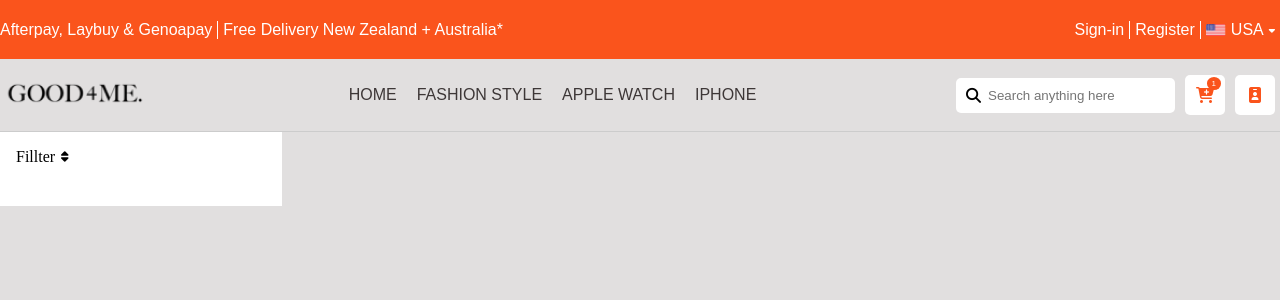
Repository: Ngoc28/Shoppe-web
Page: html/category.html
These files come from the project's save history. The page is drawn as it stood at one moment and after the next save; the edit follows.
The browser window is 1280 px wide. The pictures show the whole page.
Some web fonts or font styles are not loaded; a fallback is used.

Above is the page before, as saved 2023-08-08 11:42:50.

### html/category.html
<!DOCTYPE html>
<html lang="en">
<head>
    <meta charset="UTF-8">
    <meta name="viewport" content="width=device-width, initial-scale=1.0">
    <title>Category</title>
    <link rel="stylesheet" href="../accest/css/base.css">
    <link rel="stylesheet" href="/accest/css/category.css">
    <link rel="stylesheet" href="https://cdnjs.cloudflare.com/ajax/libs/font-awesome/6.4.2/css/all.min.css"
        integrity="sha512-z3gLpd7yknf1YoNbCzqRKc4qyor8gaKU1qmn+CShxbuBusANI9QpRohGBreCFkKxLhei6S9CQXFEbbKuqLg0DA=="
        crossorigin="anonymous" referrerpolicy="no-referrer" />
</head>
<body>
    <header>
        <div class="header-top">
            <div class="header-info wide">
                <div class="header-info-dis">
                    <p class="header-info-country">Afterpay, Laybuy & Genoapay</p>
                    <div class="boder-r"></div>
                    <p class="header-info-country">Free Delivery New Zealand + Australia*</p>
                </div>
                <div class="header-info-user">
                    <div class="header-authen">
                        <p class="btn-sign">Sign-in</p>
                        <div class="boder-r"></div>
                        <p class="btn-register">Register</p>
                        <div class="boder-r"></div>
                    </div>
                    <div class="header-contry">
                        <img src="../accest/image/co.png" alt="" width="20px" , height="12px">
                        <p class="btn-country">
                            USA
                            <i class="fa-solid fa-caret-down"></i>
                        </p>
                    </div>
                </div>
            </div>
        </div>
        <div class="header-bot">
            <div class="header-nav wide">
                <div class="header-logo">
                    <img src="../accest/image/Logo_-_Good4Me_140x 1.png" alt="">
                </div>
                <div class="header-navbar">
                    <ul class="nav-link">
                        <li class="nav-item"><a href="/index.html">Home</a></li>
                        <li class="nav-item"><a href="">Fashion style</a></li>
                        <li class="nav-item"><a href="#">Apple watch</a></li>
                        <li class="nav-item"><a href="">Iphone</a></li>
                    </ul>
                </div>
                <div class="header-choose">
                    <label for="search" class="header-search">
                        <i class="fa-solid fa-magnifying-glass"></i>
                        <input type="text" placeholder="Search anything here" id="search">
                    </label>
                    <div class="header-cart">
                        <i class="fa-solid fa-cart-plus"></i>

                        <div class="cart-number">
                            <span>1</span>
                        </div>
                    </div>
                    <div class="header-contact">
                        <i class="fa-solid fa-id-badge"></i>
                    </div>
                </div>
            </div>
        </div>
    </header>

    <div class="container main-width">
        <div class="container-nav">
            <div class="container-nav-fil">
                <p>Fillter</p>
                <i class="fa-solid fa-sort"></i>
            </div>
            <div class="container-nav-search">
                <p></p>
            </div>
            <div class="container-nav-brand">

            </div>
            <div class="container-nav-price">

            </div>
            <div class="container-nav-staus">

            </div>
        </div>
        <div class="container-product">

        </div>
    </div>
</body>
</html>

### accest/css/base.css
@font-face{font-family:gilroy-bold;font-style:normal;font-weight:400;src:local('Gilroy-Bold'),url(https://fonts.cdnfonts.com/s/16219/Gilroy-Bold.woff) format('woff')}@font-face{font-family:gilroy-heavy;font-style:normal;font-weight:400;src:local('Gilroy-Heavy'),url(https://fonts.cdnfonts.com/s/16219/Gilroy-Heavy.woff) format('woff')}@font-face{font-family:gilroy-light;font-style:normal;font-weight:400;src:local('Gilroy-Light'),url(https://fonts.cdnfonts.com/s/16219/Gilroy-Light.woff) format('woff')}@font-face{font-family:gilroy-medium;font-style:normal;font-weight:400;src:local('Gilroy-Medium'),url(https://fonts.cdnfonts.com/s/16219/Gilroy-Medium.woff) format('woff')}@font-face{font-family:gilroy-regular;font-style:normal;font-weight:400;src:local('Gilroy-Regular'),url(https://fonts.cdnfonts.com/s/16219/Gilroy-Regular.woff) format('woff')}

*{
    padding: 0;
    margin: 0;
    box-sizing: border-box;
}

:root {
    --main-color: #FA541C;
    --footer-color: #FFF8F6;
    --white-color: #FFFF;
    --text-color: #3D3737;
    --gray-text:#85858A;
    --gray-background: #DDDDDD;
    --main-background: #e0ddddef;
}

.wide{
    width: 1280px;
}

html {
    font-family: gilroy-regular, sans-serif;
}

body {
    background: var(--main-background);
}
/* header */
header {
}

.header-top {
    background: var(--main-color);
    display: flex;
    justify-content: center;
    align-items: center;
    width: 100%;
    height: 100%;
    height: 59px;
}

.header-info {
    display: flex;
    justify-content: space-between;
}

.header-info-dis {
    display: flex;
}

.header-info-country {
    font-size: 16px;
    font-weight: 300;
    color: var(--white-color);
}

.boder-r {
    border-right: 1px solid #fff;
    margin: 0 5px;
}

.header-authen {
    display: flex;
}

.header-info-user {
    display: flex;

}

.btn-sign,
.btn-register {
    border: none;
    background-color: var(--main-color);
    color: var(--white-color);
    font-size: 16px;
    font-weight: 200;
    cursor: pointer;
}


.header-contry {
    display: flex;
    align-items: center;
}

.btn-country {
    border: none;
    background: var(--main-color);
    color: var(--white-color);
    font-size: 16px;
    font-weight: 300;
    text-transform: uppercase;
    padding: 0 5px;
    display: flex;
    align-items: center;
    cursor: pointer;
}

.btn-country i {
    padding-left:5px ;
    font-size: 10px;
    color: var(--white-color);
}

/* NAVBAR */
.header-bot {
    display: flex;
    justify-content: center;
    /* margin: 0 auto; */
    width: 100%;
    /* height: 100%;      */
    border-bottom: 1px solid #ccc ;
    /* background: var(--gray-background); */
}

.header-logo img {
    object-fit: cover;
}

.header-nav {
    height: 72px;
    display: flex;
    align-items: center;
    justify-content: space-between;
}

.nav-link {
    display: flex;

}

.nav-item {
    list-style: none;
}

.nav-item a {
    text-decoration: none;
    color: var(--text-color);
    font-size: 16px;
    font-weight: 600px;
    padding: 0 10px;
    text-transform: uppercase;
}

.nav-item a:hover {
    color: var(--main-color);
}

.header-choose {
    display: flex;
    align-items: center;
    border-radius: 5px;

}

.header-search {
    background: var(--white-color);
    padding: 10px;
    display: flex;
    align-items: center;
    justify-content: center;
    border-radius: 5px;
    margin-right: 5px;
}

.header-search input {
    border: none;
    outline: none;

}

.header-search i {
    font-size: 15px;
    margin-right: 7px;
}

.header-cart,
.header-contact {
    background: var(--white-color);
    /* padding: 10px; */
    border-radius: 5px;
    margin: 0 5px;
    width: 40px;
    height: 40px;
    display: flex;
    justify-content: center;
    align-items: center;
}

.header-cart {
    position: relative;
}

.header-cart i,
.header-contact i {
    color: var(--main-color);
}

.cart-number {
    position: absolute;
    top: -3px;
    right: 4px;
    z-index: 1;
    /* width: 30px;
    height: 30px; */
}
.cart-number span {
    padding: 2px 5px;
    font-size: 8px;
    border-radius: 50%;
    background: var(--main-color);
    color: var(--white-color);
}

/* product */

.component {
    display: flex;
    flex-direction: column;
    margin: 32px auto 0;
}

.product {
    margin: 32px 0;
    display: flex;
    flex-wrap: wrap;
    gap: 32px;
}


.product-item {
    background: var(--white-color);
    display: flex;
    padding: 10px;
    flex: 1;
    border-radius: 8px;
}

.product-info {
    display: flex;
    flex-direction: column;
    gap: 16px;
    margin: auto 0;
}

.product-img {
    margin-right: 10px;
}

.product-img img {
    object-fit: cover;
}

.product-info-title {
    display: flex;
    justify-content: space-between;
}

.product-info-title p {
    font-family: gilroy-medium;
    font-size: 16px;
}

.product-info-title button {
    border: none;
    background: #F6FFED;
    color: #389E0D;
    padding: 5px;
}

.product-info-text p {
    font-size: 16px;
}

.product-info-color {
    display: flex;
}

.product-info-color p {
    font-size: 16px;
    margin-right: 5px;
}

.product-choose-color {
    display: flex;
    background-color: var(--gray-background);
    border-radius: 6px;
    padding: 3px;
}

.product-choose-white{
    margin-right: 5px;
    padding: 1px 8px;
    background: var(--white-color);
    border-radius: 50%;
}

.product-choose-black{
    margin-right: 5px;
    padding: 1px 8px;
    background: #000;
    border-radius: 50%;
}

.product-choose-vio{
    margin-right: 5px;

    padding: 1px 8px ;
    background: #304A23;
    border-radius: 50%;
}

.product-choose-red{
    padding: 1px 8px;
    background: #AF0303;
    border-radius: 50%;
}

.product-info-status {
    display: flex;
}

.product-info-status p{
    font-size: 16px;
    color: var(--text-color);
    margin-right: 5px;
}

.product-info-status span {
    color: #389E0D;
}

.product-info-price {
    display: flex;
    justify-content: space-between;
}

.product-info-price span{
    font-family: gilroy-medium;
    font-size: 16px;
}


/* footer */
footer {
    padding: 32px 0;
    background: var(--footer-color);
}


.footer-top {
    display: flex;
    gap: 40px;
    margin: 0 auto 32px;
}

.text {
    flex: 1;
    display: flex;
    flex-direction: column;
    gap: 16px;
}

.footer-logo img {
    object-fit: cover;
}


.footer-item p {
    font-family: gilroy-medium;
    font-size: 20px;
    text-transform: uppercase;
}

.text p {
    font-size: 16px;
}

.line-footer {
    width: 1280px;
    border-bottom: 1px solid var(--text-color);
    margin: 0 auto 32px;

}

.footer-bot {
    display: flex;
    justify-content: space-between;
    margin: 0 auto;
}

.footer-bot-text p {
    font-size: 16px;
}

.footer-bot-text p span {
    font-family: gilroy-medium;
    color: var(--main-color);
    text-transform: uppercase;
}

### accest/css/category.css
.container {
    display: flex;
}

.container-nav{
    background: var(--white-color);
    flex: 1;
    padding: 16px 16px 40px;
    flex-direction: column;
    gap: 24px;
}

.container-nav-fil {
    display: flex;
    align-items: center;
}

.container-nav-fil p{
    font-size: 16px;
    margin-right: 6px;
    font-family: gilroy-medium;

}

.container-nav-fil i {
    font-size: 12px;
}

.container-product {
    flex: 4;
}

After the next save:
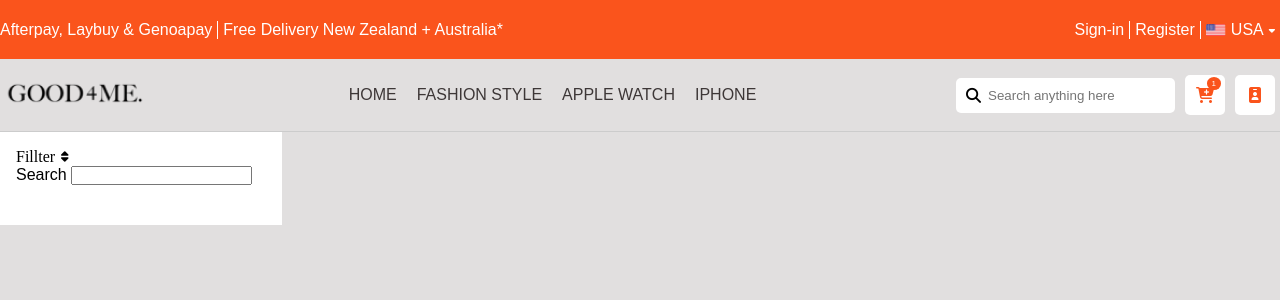
Saved 38 s later.
--- a/html/category.html
+++ b/html/category.html
@@ -76,7 +76,8 @@
                 <i class="fa-solid fa-sort"></i>
             </div>
             <div class="container-nav-search">
-                <p></p>
+                <label for="">Search</label>
+                <input type="search" name="" id="search">
             </div>
             <div class="container-nav-brand">
 
